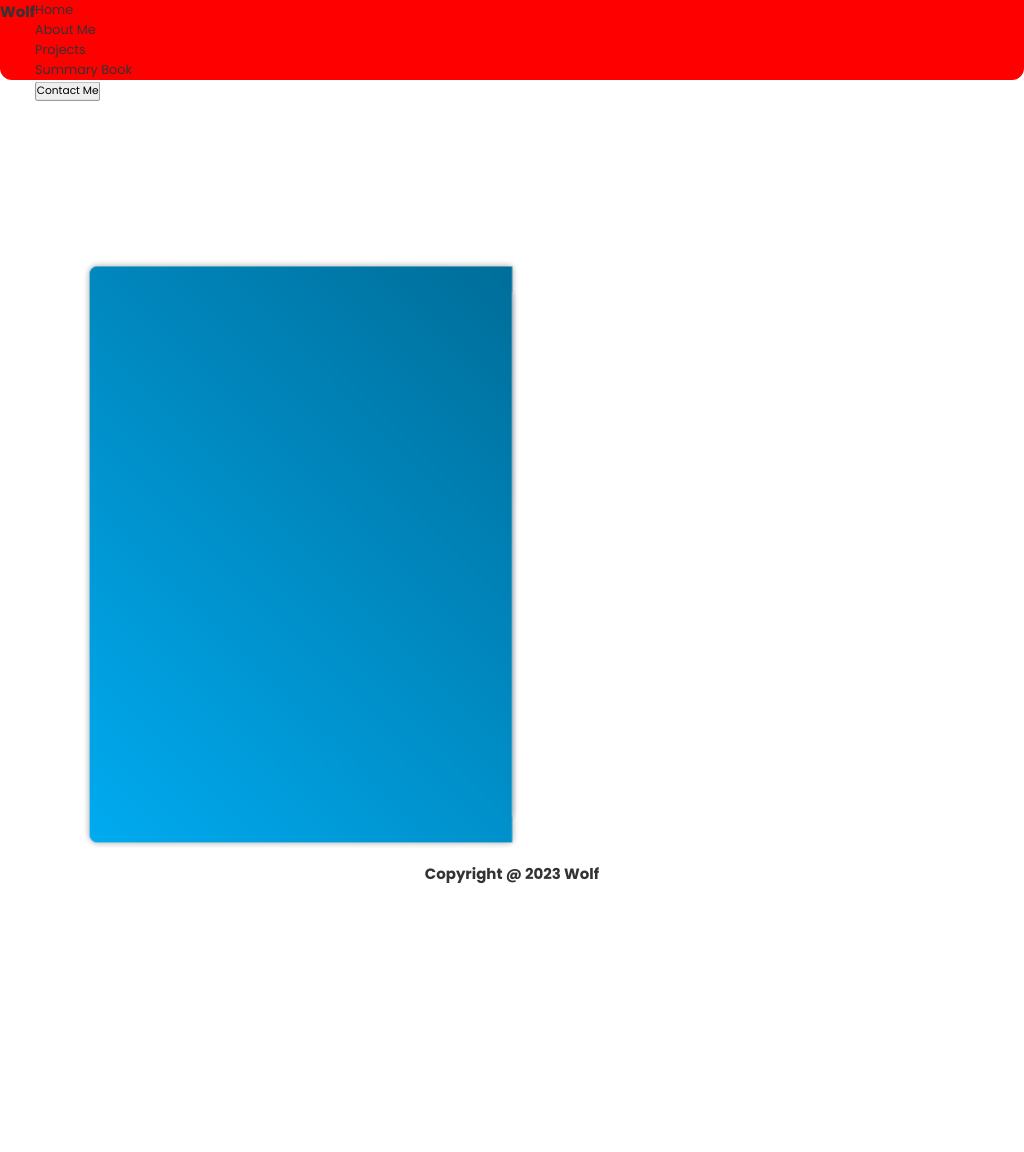
Repository: Ego-Wolf/Portfolio
Page: index.html
The author's editor kept a copy of each file at every save. The page is drawn from the files as they stood at one save, then again after the next save.
The browser window is 1280 px wide. The pictures show the whole page, at 80% of full size.
Pictures or frames that could not be fetched are drawn as grey boxes.

Above is the page before, as saved 2023-12-14 16:32:20.

After the next save:
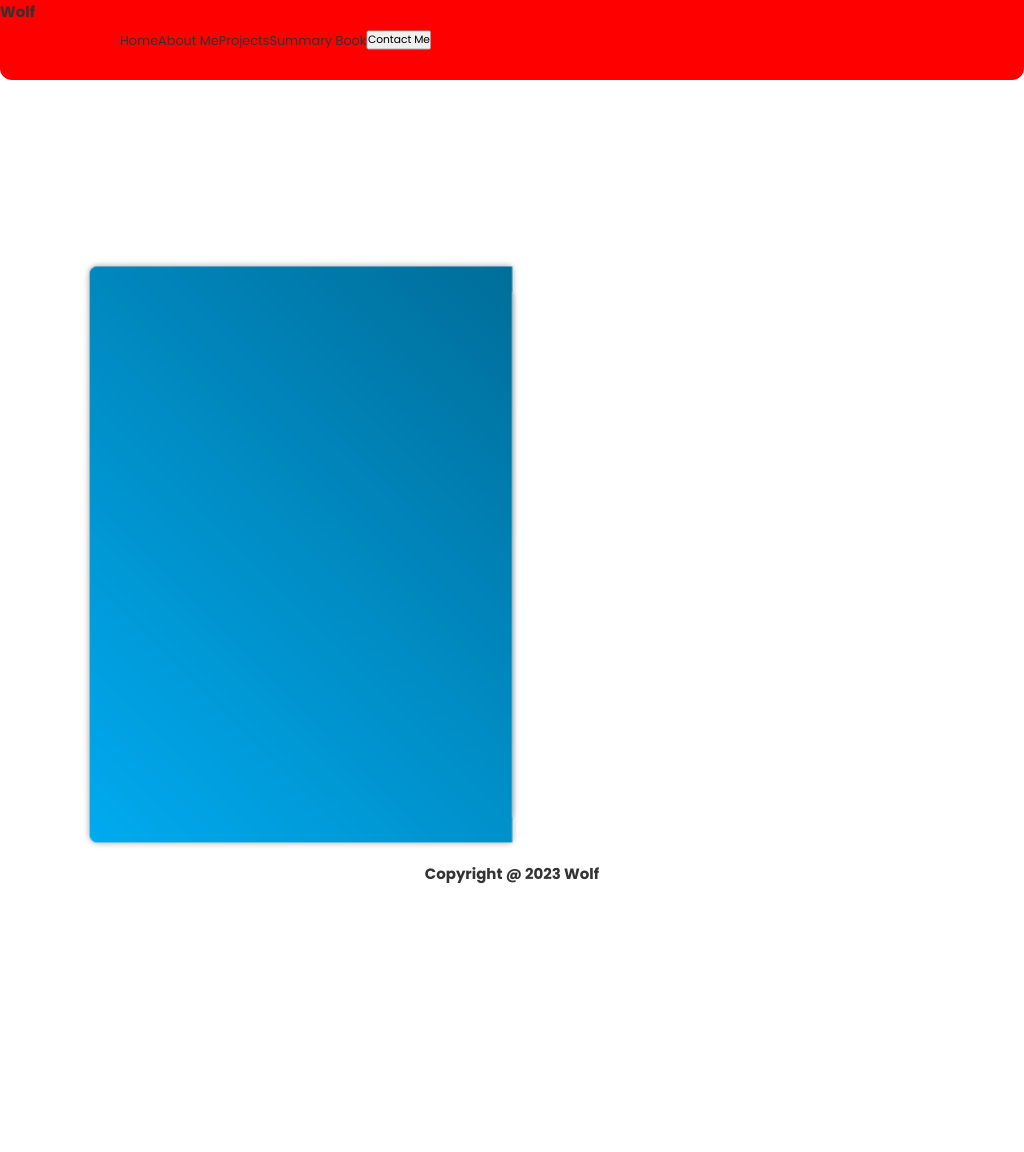
Saved 4 s later.
--- a/style.css
+++ b/style.css
@@ -52,7 +52,28 @@
     z-index: 700;
 }
 
-
+.header ul {
+    width: 80%;
+    display: flex;
+    margin: 0 auto;
+    align-items: center;
+}
+
+
+
+.header ul h3 {
+    font-size: 40px;
+    font-family: var(--font-family-logo);
+    /* display: flex; */
+    /* justify-content: start; */
+}
+
+
+.header ul li {
+    display: flex;
+    /* justify-content: center;
+    margin-right: 0px; */
+}
 
 
 .wrapper {
